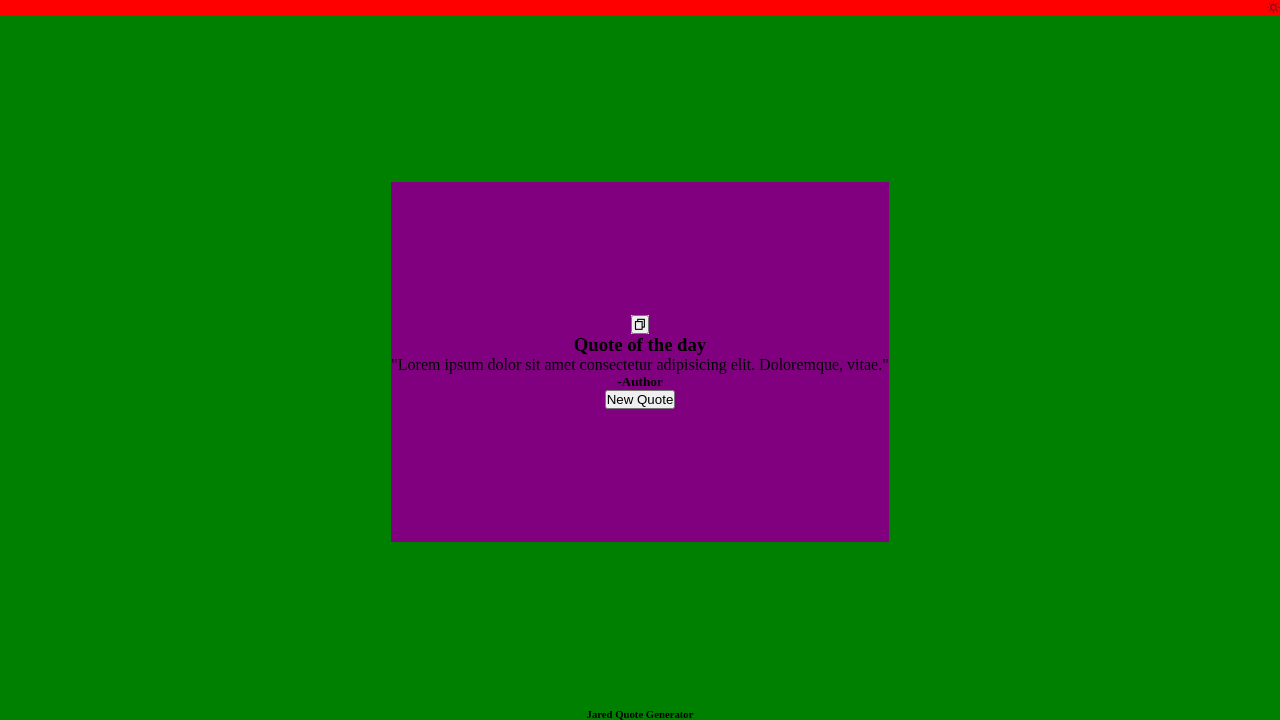
Repository: EguJaredoBoyd/Jared-Quote-Generator
Page: html/main.html
The author's editor kept a copy of each file at every save. The page is drawn from the files as they stood at one save, then again after the next save.
The browser window is 1280 px wide. The pictures show the whole page.
Some web libraries are served in a nearby version.

Above is the page before, as saved 2026-01-09 00:41:04.

After the next save:
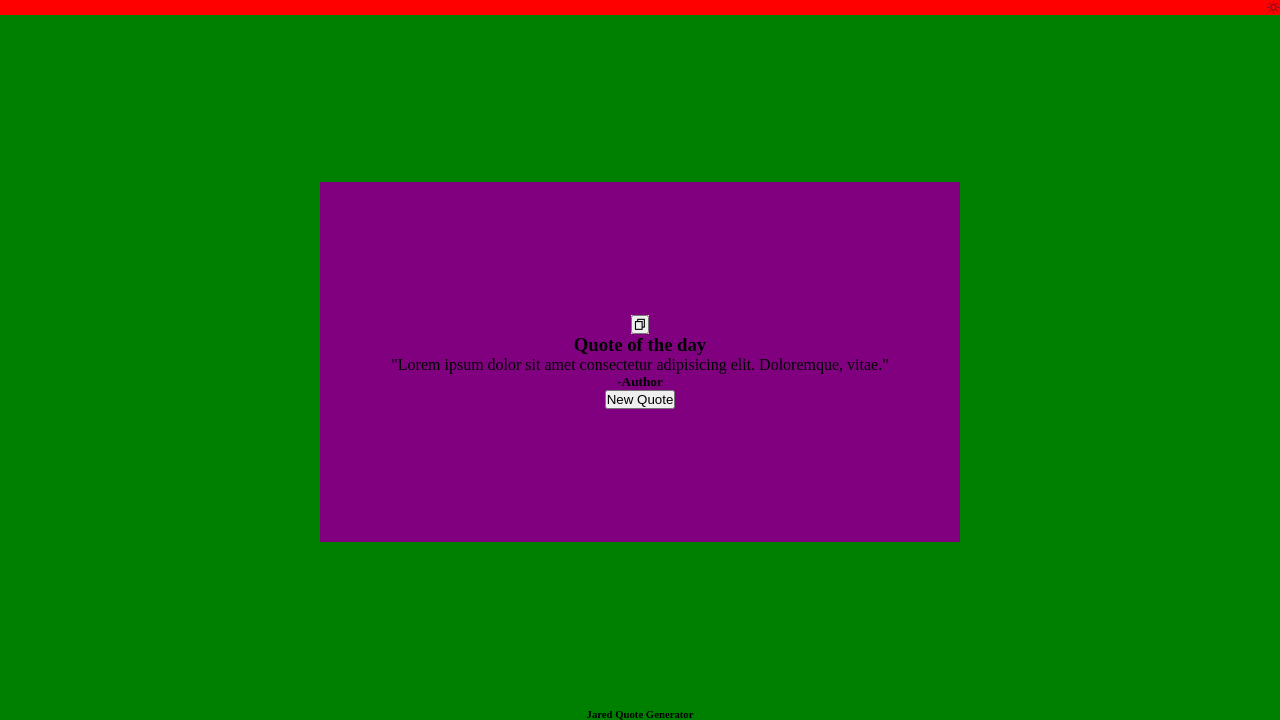
Saved 17 s later.
--- a/css/style.css
+++ b/css/style.css
@@ -47,6 +47,7 @@ header button {
   justify-content: center;
   align-items: center;
   height: 50vh;
+  width: 50vw;
 }
 
 .quote-container__copy {

After the save that followed:
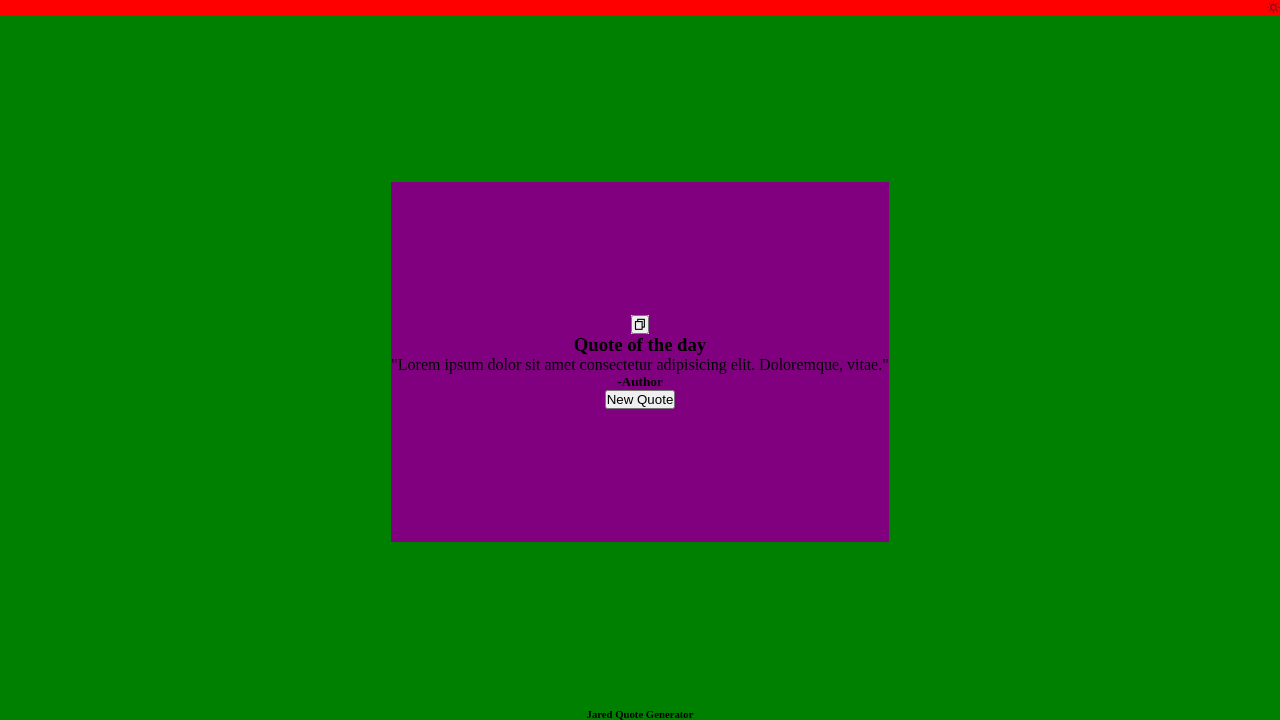
Saved 8 s later.
--- a/css/style.css
+++ b/css/style.css
@@ -47,7 +47,7 @@ header button {
   justify-content: center;
   align-items: center;
   height: 50vh;
-  width: 50vw;
+  width: auto;
 }
 
 .quote-container__copy {
